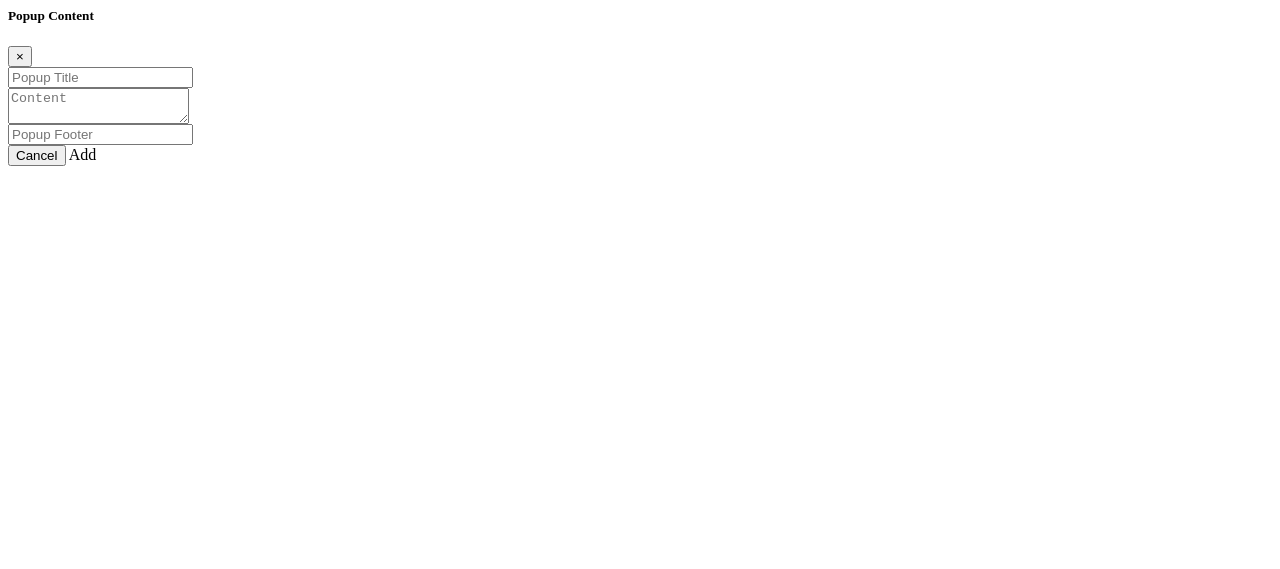
Repository: aache/alhayat
Page: http://localhost/admin/add_popup.php
The author's editor kept a copy of each file at every save. The page is drawn from the files as they stood at one save, then again after the next save.
The browser window is 1280 px wide. The pictures show the whole page.
The page is run by PHP 8.4 with error messages shown; the project is at /var/www/html/.

Above is the page before, as saved 2019-04-21 15:39:02.

After the next save:
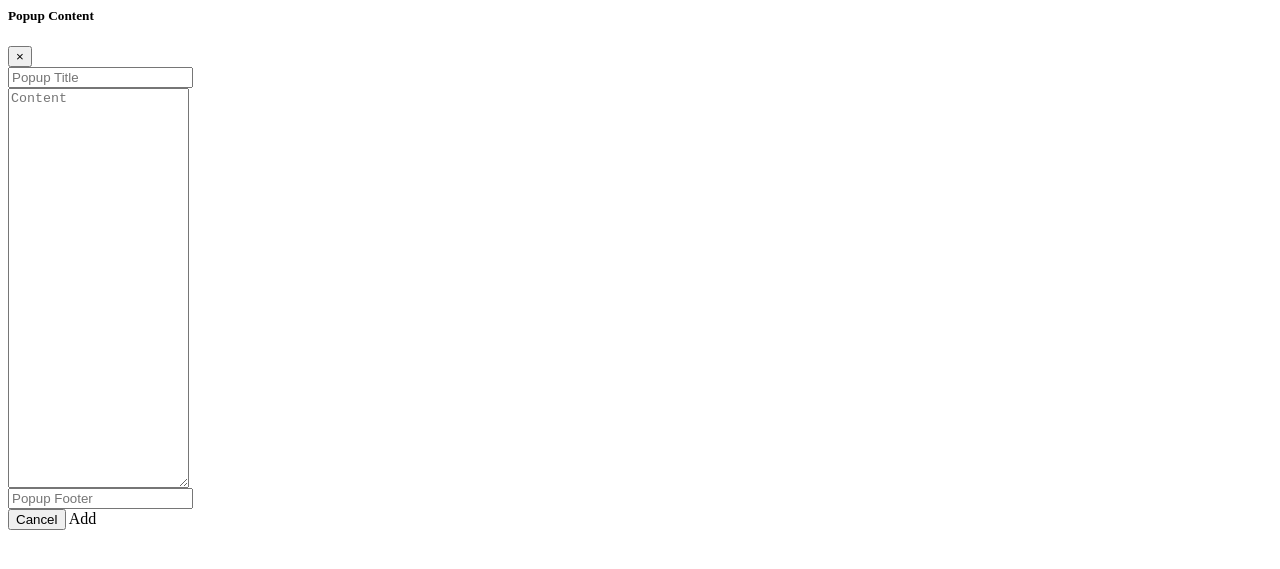
Saved 67 s later.
--- a/admin/add_popup.php
+++ b/admin/add_popup.php
@@ -12,7 +12,7 @@
                 <input type="text" name="popup_title" id="popup_title" placeholder="Popup Title" class="form-control"/>
             </div>
             <div class="col-md-8 m-2">
-                <textarea name="popup_content"  id="popup_content" placeholder="Content"  class="form-control"></textarea>
+                <textarea name="popup_content"  id="popup_content" placeholder="Content" style="height:400px" class="form-control"></textarea>
             </div>
             <div class="col-md-8 m-2">
             <input type="text" name="popup_footer" id="popup_footer" placeholder="Popup Footer" class="form-control"/>
